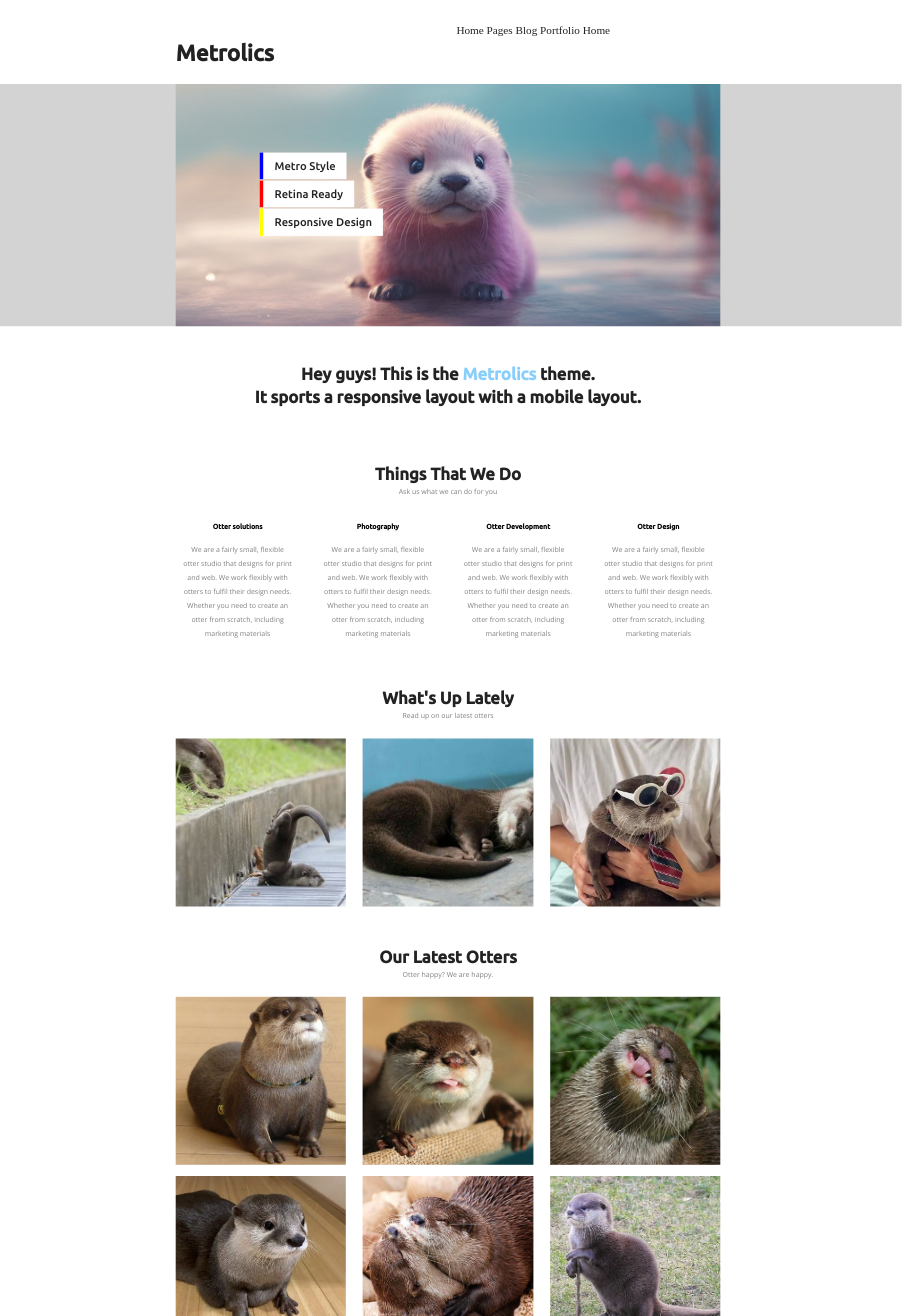
Repository: kennyharman/Marlowe_Kenny_Lab_02B
Page: index.html
The author's editor kept a copy of each file at every save. The page is drawn from the files as they stood at one save, then again after the next save.
The browser window is 1280 px wide. The page is 1296 px wide, so the pictures cover 1296 px, including what lies to the right of the window. The pictures show the part of the page from y = 0 to 1880 px (the page is 2808 px tall before and 2819 px after), at 70% of full size.

Above is the page before, as saved 2024-02-08 19:37:30.

### index.html
<!doctype html>
<html class="no-js" lang="EN">

<head>
  <meta charset="utf-8">
  <meta name="viewport" content="width=device-width, initial-scale=1">
  <title></title>
  <link rel="stylesheet" href="css/style.css">
  <link href="https://fonts.googleapis.com/css2?family=Open+Sans:ital,wght@0,400;0,700;1,400&family=Ubuntu:ital,wght@0,300;0,500;1,300&display=swap" rel="stylesheet">
  <meta name="description" content="">

  <meta property="og:title" content="Metrolics page">
  <meta property="og:type" content="website">
  <meta property="og:url" content="http://localhost:8888/metrolics/">

  <link rel="icon" href="/favicon.ico" sizes="any">
  <link rel="icon" href="/icon.svg" type="image/svg+xml">
  <link rel="apple-touch-icon" href="icon.png">

  <link rel="manifest" href="site.webmanifest">
  <meta name="theme-color" content="#fafafa">
</head>

<body class="page">
  <script src="js/app.js"></script>

<header class="page__header">
  <div class="row m-col-2 l-col-2 menu">
    <div class="col header__menu-logo">
      <h1>Metrolics</h1>
    </div>
    <div class="col header__menu-nav">
      Home
      Pages
      Blog
      Portfolio
      Home
    </div>
</header>

<main>
  <div class="page__banner">
    <div class="col banner-header">
      <img src="images/pink_otter.jpg">
      <ul class="listed-items">
        <li>Metro Style</li>
        <li>Retina Ready</li>
        <li>Responsive Design</li>
      </ul>
    </div>
  </div>
  <div class="page__section">
    <div class="row header">
      <div class="col header-text">
        <h2>Hey guys! This is the <span class="text__color-change">Metrolics</span> theme.<br/>It sports a responsive layout with a mobile layout.</h2>
      </div>
    </div>
  </div>

  <div class="section-services">
    <div class="row m-col-2 l-col-4">
      <div class="col m-row-span l-row-span heading">
        <h3>Things That We Do</h3>
        <p>Ask us what we can do for you</p>
      </div>
      <div class="col services-card">
        <h4>Otter solutions</h4>
        We are a fairly small, flexible otter studio that designs for print and web. We work flexibly with otters to fulfil their design needs. Whether you need to create an otter from scratch, including marketing materials
      </div>
      <div class="col services-card">
        <h4>Photography</h4>
        We are a fairly small, flexible otter studio that designs for print and web. We work flexibly with otters to fulfil their design needs. Whether you need to create an otter from scratch, including marketing materials
      </div>
      <div class="col services-card">
        <h4>Otter Development</h4>
        We are a fairly small, flexible otter studio that designs for print and web. We work flexibly with otters to fulfil their design needs. Whether you need to create an otter from scratch, including marketing materials
      </div>
      <div class="col services-card">
        <h4>Otter Design</h4>
        We are a fairly small, flexible otter studio that designs for print and web. We work flexibly with otters to fulfil their design needs. Whether you need to create an otter from scratch, including marketing materials
      </div>
    </div>
  </div>
    </div>
  </div>

  <div class="section-work">
    <div class="row m-col-2 l-col-3">
      <div class="col m-row-span l-row-span heading">
        <h3>What's Up Lately</h3>
        <p>Read up on our latest otters</p>
      </div>
      <div class="col m-row-span image">
        <img src="images/otter7.jpg" alt="Otter Fall">
      </div>
      <div class="col image">
        <img src="images/otter8.jpg" alt="Sleepy Otter">
      </div>
      <div class="col image">
        <img src="images/otter9.jpg" alt="Madi the Otter">
      </div>
    </div>
  </div>

  <div class="section-projects">
    <div class="row m-col-2 l-col-3">
      <div class="col m-row-span l-row-span heading">
        <h3>Our Latest Otters</h3>
        <p>Otter happy? We are happy.</p>
      </div>
      <div class="col image">
        <img src="images/otter1.jpg" alt="Curious Otter">
      </div>
      <div class="col image">
        <img src="images/otter2.jpg" alt="Teasing Otter">
      </div>
      <div class="col image">
        <img src="images/otter3.jpg" alt="Otter Playing Dead">
      </div>
      <div class="col image">
        <img src="images/otter4.jpg" alt="Pondering Otter">
      </div>
      <div class="col image">
        <img src="images/otter5.jpg" alt="Loving Otters">
      </div>
      <div class="col image">
        <img src="images/otter6.jpg" alt="Wise Otter">
      </div>
    </div>
  </div>

  <div class="section-misc">
    <div class="row l-col-2">
      <div class="col l-row-span heading">
        <h3>Thingsofabove</h3>
        <p>Misc otters we could not put anyplace else</p>
      </div>
      <div class="col misc-content">
        <img src="images/otter10.jpg" alt="Snazzy Otter">
      </div>
      <div class="col misc-content">
        <img src="images/otter11.jpg" alt="Hello Kitty Otter">
      </div>
    </div>
  </div>

  <div class="section-affiliates">
    <div class="row m-col-5 l-col-5">
      <div class="col affiliates-card">
        <img src="images/otter12.jpg" alt="Otter Hug">
      </div>
      <div class="col affiliates-card">
        <img src="images/otter13.jpg" alt="Otter Stretch">
      </div>
      <div class="col affiliates-card">
        <img src="images/otter14.jpg" alt="Surprised Otter">
      </div>
      <div class="col affiliates-card">
        <img src="images/otter15.jpg" alt="Otter Bath">
      </div>
      <div class="col affiliates-card">
        <img src="images/otter16.jpg" alt="Otter Bear">
      </div>
    </div>
  </div>
</main>
<footer class="page__footer">
  <div class="row m-col-2 l-col-4 footer">
    <div class="col m-row-span l-row-span footer-heading">
      <h3>Peewee Herman</h3>
      <p>Peewee has over 10 years experience in the industry. He is our Creative Director, digital designer, web designer and front-end developer. He is also pretty good with a sketchbook. Before starting the company Peewee worked as a designer and studio manager for a design house who boasted a number of big name clients.</p>
    </div>
    <div class="col footer-item">
      <h3>About Us</h3>
    </div>
    <div class="col footer-item">
      <h3>Flickr Photos</h3>
    </div>
    <div class="col footer-item">
      <h3>Recent Tweets</h3>
    </div>
    <div class="col footer-item">
      <h3>Newsletter</h3>
    </div>
  </div>
</footer>
</body>

### css/style.css
/*! HTML5 Boilerplate v9.0.0-RC1 | MIT License | https://html5boilerplate.com/ */

/* main.css 3.0.0 | MIT License | https://github.com/h5bp/main.css#readme */
/*
 * What follows is the result of much research on cross-browser styling.
 * Credit left inline and big thanks to Nicolas Gallagher, Jonathan Neal,
 * Kroc Camen, and the H5BP dev community and team.
 */

/* ==========================================================================
   Base styles: opinionated defaults
   ========================================================================== */

html {
  color: #222;
  font-size: 1em;
  line-height: 1.4;
  margin-left: -1rem;
  margin-right: -1rem;
}

/*
 * Remove text-shadow in selection highlight:
 * https://twitter.com/miketaylr/status/12228805301
 *
 * Customize the background color to match your design.
 */

::-moz-selection {
  background: #b3d4fc;
  text-shadow: none;
}

::selection {
  background: #b3d4fc;
  text-shadow: none;
}

/*
 * A better looking default horizontal rule
 */

hr {
  display: block;
  height: 1px;
  border: 0;
  border-top: 1px solid #ccc;
  margin: 1em 0;
  padding: 0;
}

/*
 * Remove the gap between audio, canvas, iframes,
 * images, videos and the bottom of their containers:
 * https://github.com/h5bp/html5-boilerplate/issues/440
 */

audio,
canvas,
iframe,
img,
svg,
video {
  vertical-align: middle;
}

/*
 * Remove default fieldset styles.
 */

fieldset {
  border: 0;
  margin: 0;
  padding: 0;
}

/*
 * Allow only vertical resizing of textareas.
 */

textarea {
  resize: vertical;
}

/* ==========================================================================
   Author's custom styles
   ========================================================================== */

/* ==========================================================================
   Helper classes
   ========================================================================== */

/*
 * Hide visually and from screen readers
 */

.hidden,
[hidden] {
  display: none !important;
}

/*
 * Hide only visually, but have it available for screen readers:
 * https://snook.ca/archives/html_and_css/hiding-content-for-accessibility
 *
 * 1. For long content, line feeds are not interpreted as spaces and small width
 *    causes content to wrap 1 word per line:
 *    https://medium.com/@jessebeach/beware-smushed-off-screen-accessible-text-5952a4c2cbfe
 */

.visually-hidden {
  border: 0;
  clip: rect(0, 0, 0, 0);
  height: 1px;
  margin: -1px;
  overflow: hidden;
  padding: 0;
  position: absolute;
  white-space: nowrap;
  width: 1px;
  /* 1 */
}

/*
 * Extends the .visually-hidden class to allow the element
 * to be focusable when navigated to via the keyboard:
 * https://www.drupal.org/node/897638
 */

.visually-hidden.focusable:active,
.visually-hidden.focusable:focus {
  clip: auto;
  height: auto;
  margin: 0;
  overflow: visible;
  position: static;
  white-space: inherit;
  width: auto;
}

/*
 * Hide visually and from screen readers, but maintain layout
 */

.invisible {
  visibility: hidden;
}

/*
 * Clearfix: contain floats
 *
 * The use of `table` rather than `block` is only necessary if using
 * `::before` to contain the top-margins of child elements.
 */

.clearfix::before,
.clearfix::after {
  content: "";
  display: table;
}

.clearfix::after {
  clear: both;
}

/* ==========================================================================
   EXAMPLE Media Queries for Responsive Design.
   These examples override the primary ('mobile first') styles.
   Modify as content requires.
   ========================================================================== */

@media only screen and (min-width: 35em) {
  /* Style adjustments for viewports that meet the condition */
}

@media print,
  (-webkit-min-device-pixel-ratio: 1.25),
  (min-resolution: 1.25dppx),
  (min-resolution: 120dpi) {
  /* Style adjustments for high resolution devices */
}

/* ==========================================================================
   Print styles.
   Inlined to avoid the additional HTTP request:
   https://www.phpied.com/delay-loading-your-print-css/
   ========================================================================== */

@media print {
  *,
  *::before,
  *::after {
    background: #fff !important;
    color: #000 !important;
    /* Black prints faster */
    box-shadow: none !important;
    text-shadow: none !important;
  }

  a,
  a:visited {
    text-decoration: underline;
  }

  a[href]::after {
    content: " (" attr(href) ")";
  }

  abbr[title]::after {
    content: " (" attr(title) ")";
  }

  /*
   * Don't show links that are fragment identifiers,
   * or use the `javascript:` pseudo protocol
   */
  a[href^="#"]::after,
  a[href^="javascript:"]::after {
    content: "";
  }

  pre {
    white-space: pre-wrap !important;
  }

  pre,
  blockquote {
    border: 1px solid #999;
    page-break-inside: avoid;
  }

  tr,
  img {
    page-break-inside: avoid;
  }

  p,
  h2,
  h3 {
    orphans: 3;
    widows: 3;
  }

  h2,
  h3 {
    page-break-after: avoid;
  }
}

/* Our Styling */

h1,
h2,
h3,
h4,
h5,
h6 {
    font-family: 'Ubuntu', sans-serif;
}

p {
    font-family: 'Open Sans', sans-serif;
}

.row {
  display: grid;
  margin-top: 2rem;
  column-gap: 1.5rem;
}
.col {
  position: relative;
  max-height: 100%;
}

.page__header,
.banner-header,
.page__section,
.section-services,
.section-work,
.section-projects,
.section-misc,
.section-affiliates,
.footer {
  margin: auto;
  width: 60%;
}

.heading {
  display: flex;
  flex-direction: column;
  align-items: center;
  padding: 0 auto;
}

.heading > h3 {
  margin-bottom: 0;
  font-size: 24px;
}

.heading > p {
  margin-top: 0;
  font-size: 10px;
  color: grey;
}

.header-text {
  text-align: center;
}

.text__color-change {
  color: lightskyblue;
}

.listed-items {
  position: absolute;
  top: 5rem;
  left: 5rem;
  list-style-type: none;
}

.listed-items > li {
  background-color: white;
  margin-top: 2px;
  padding-top: 0.5rem;
  padding-bottom: 0.5rem;
  font-family: 'Ubuntu', sans-serif;
}

.listed-items li:nth-child(1) {
  border-left: solid 5px blue;
  padding-left: 1rem;
  padding-right: 1rem;
  width: fit-content;
}

.listed-items li:nth-child(2) {
  border-left: solid 5px red;
  padding-left: 1rem;
  padding-right: 1rem;
  width: fit-content;
}

.listed-items li:nth-child(3) {
  border-left: solid 5px yellow;
  padding-left: 1rem;
  padding-right: 1rem;
  width: fit-content;
}

.banner-header {
  position: relative;
}

.services-card {
  text-align: center;
  font-size: 10px;
  padding: 10px;
  color: grey;
  font-family: 'Open Sans', sans-serif;
  line-height: 20px;
}

.services-card > h4 {
  color: black;
}

.image {
  width: 100%;
  height: 15rem;
  margin-top: 1rem;
}

.image > img {
  width: 100%;
  height: 100%;
  object-fit: cover;
}

.misc-content {
  margin-top: 1.5rem;
  margin: 0.7rem;
  margin-bottom: -2rem;
}

.misc-content > img {
  width: 100%;
  height: 85%;
}

.affiliates-card {
  margin: 0.7rem;
  margin-bottom: 3rem;
}

.affiliates-card > img {
  width: 100%;
  height: 85%;;
}

.banner-header {
  justify-content: center;
}

.banner-header > img {
  width: 100%;
  max-height: 70%;
}

.page__banner {
  background-color: lightgray;
}

.page__footer {
  background-color: rgb(10, 10, 56);
  color: white;
}

/* Small only */
@media screen and (max-width: 39.9375em) {
  .page__header,
.banner-header,
.page__section,
.section-services,
.section-work,
.section-projects,
.section-misc,
.section-affiliates,
.footer {
  margin: auto;
  width: 20rem;
}

.header {
  margin: -5px;
}
  .header__menu-nav {
    display: none;
  }
  .page__banner {
    display: none;
  }
  .affiliates {
    display: none;
  }
  .misc {
    display: none;
  }
  .services-card {
    text-align: left;
    font-size: 12px;
    padding: 0px;
    color: grey;
    font-family: 'Open Sans', sans-serif;
    line-height: 15px;
    padding-top: 20px;
  }
  .services-card > h4 {
    line-height: 0px;
  }
  .section-misc {
    display: none;
  }
  .section-affiliates {
    display: none;
  }
}

/* Medium only */
@media screen and (min-width: 40em) and
(max-width: 63.9375em) {
  .row {
    max-width: 70rem;
    column-gap: 1.5rem;
    row-gap: 1.5rem;
    margin: 0 auto;
  }
  .m-col-2 {
    grid-template-columns: 1fr 1fr;
  }
  .m-col-3 {
    grid-template-columns: repeat(3, 1fr);
  }
  .m-col-4 {
    grid-template-columns: repeat(4, 1fr);
  }
  .m-col-5 {
    grid-template-columns: repeat(5, 1fr);
  }

  .m-row-span {
    grid-column-start: 1;
    grid-column-end: -1;
  }
}

/* Large only */
@media screen and (min-width: 64em) {
  .l-col-2 {
    grid-template-columns: 1fr 1fr;
  }
  .l-col-3 {
    grid-template-columns: repeat(3, 1fr);
  }
  .l-col-4 {
    grid-template-columns: repeat(4, 1fr);
  }
  .l-col-5 {
    grid-template-columns: repeat(5, 1fr);
  }

  .l-row-span {
    grid-column-start: 1;
    grid-column-end: -1;
  }
}

Loaded but not shown: js/app.js (no stored copy; drawn as an empty file)

After the next save:
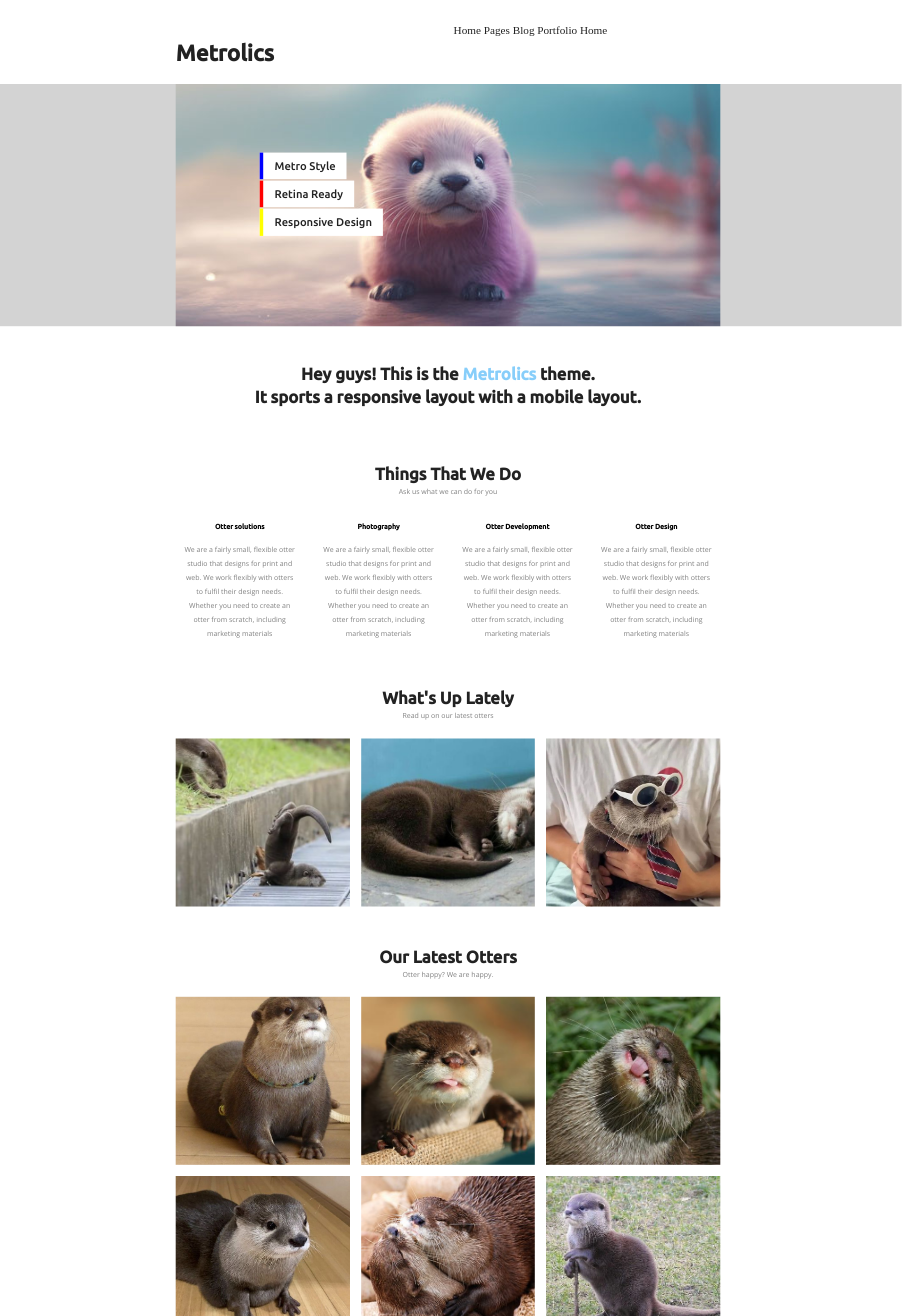
Saved 15 s later.
--- a/css/style.css
+++ b/css/style.css
@@ -265,7 +265,7 @@ p {
 .row {
   display: grid;
   margin-top: 2rem;
-  column-gap: 1.5rem;
+  column-gap: 1rem;
 }
 .col {
   position: relative;
